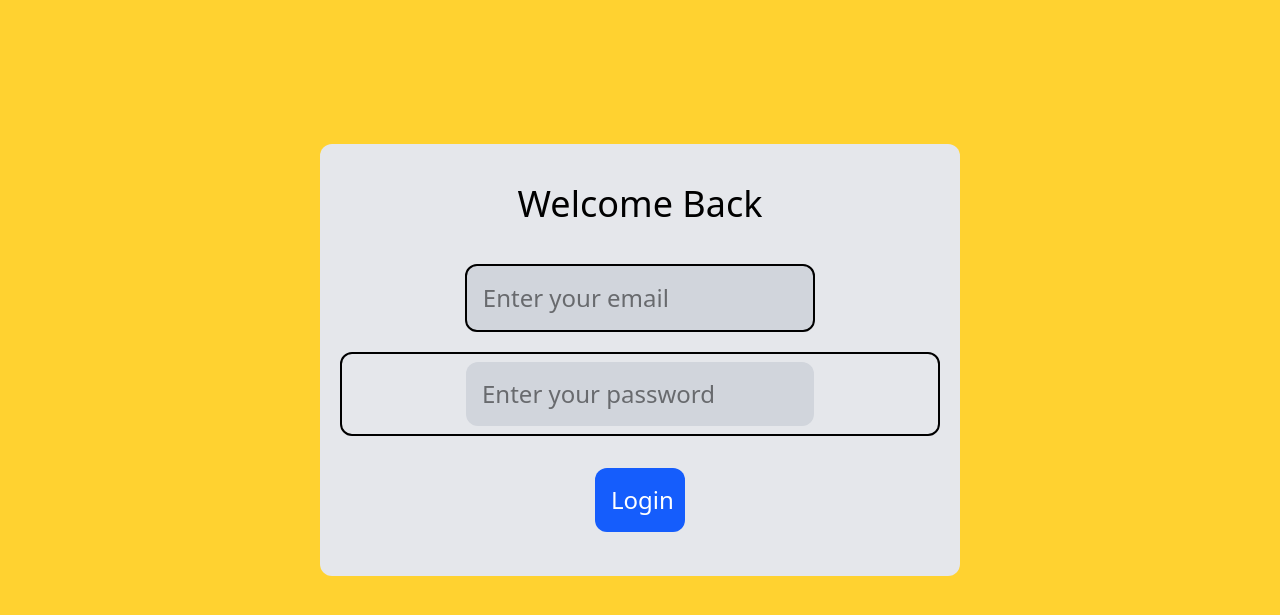
Repository: Habeebur1493/React-App
Page: /
An editor plug-in stored every save of this project. The page is shown before and after the next save, followed by the edit.
The browser window is 1280 px wide. The pictures show the whole page.
The page's requests for data from a server got no answer. The project was rebuilt for these pictures with package versions that can differ from the ones it lists, and the page was loaded fresh each time. No one was signed in, and anything a server would have sent is missing. Also part of the build but not shown: vite.config.js, src/Components/Nav.jsx, src/Components/Loading.jsx, src/Components/Home.jsx, src/Components/Details.jsx, src/Components/Addproducts.jsx, src/Components/ShowProducts.jsx.

Above is the page before, as saved 2025-02-05 15:41:36.

### index.html
<!doctype html>
<html lang="en">
  <head>
    <meta charset="UTF-8" />
    <meta name="viewport" content="width=device-width, initial-scale=1.0" />
    <title>Project</title>
  </head>
  <body>
    <div id="root"></div>
    <script type="module" src="/src/main.jsx"></script>
  </body>
</html>

### src/main.jsx
import React, { StrictMode } from "react";
import { createRoot } from "react-dom/client";
import App from "./App.jsx";
import { BrowserRouter } from "react-router-dom";
import Context from "./Components/utils/Context.jsx";
import { ToastContainer } from "react-toastify";

createRoot(document.getElementById("root")).render(
 <StrictMode>
   <Context>
    <BrowserRouter>
      <App />
      <ToastContainer />
    </BrowserRouter>
    </Context>
 </StrictMode>

);

### src/App.jsx
import React, { useState } from "react";
import "./App.css";
import { Route, Routes } from "react-router-dom";
import Login from "./Components/Login.jsx";
import Home from "./Components/Home.jsx";
import Details from "./Components/Details.jsx";
import Addproducts from "./Components/Addproducts.jsx";
import ShowProducts from "./Components/ShowProducts.jsx";

const App = () => {
  const [selectedProduct, setSelectedProduct] = useState(null);

  return (
    <div className='h-screen w-screen flex'>
      <Routes>
        <Route path='/' element={<Login />} />
        <Route path='/Home' element={<Home />} />
        <Route path='/add-products' element={<Addproducts />} />
        <Route path='/details/:id' element={<Details />} />
        <Route path='/show-products'element={<ShowProducts
              setSelectedProduct={setSelectedProduct}
              selectedProduct={selectedProduct}
            />
          }
        />
      </Routes>
    </div>
  );
};

export default App;

### src/Components/utils/Context.jsx
import React, { createContext, useEffect, useState } from "react";
import axios from "axios";

export const ProductContext = createContext();

const Context = ({children}) => {
  const [products, setproducts] = useState([]);

  const getproducts = async () => {
    try {
      const { data } = await axios.get("https://fakestoreapi.com/products");
      setproducts(data);
    } catch (error) {
      console.log( "Error Fetching products"  ,error);
    }
  };

  useEffect(() => {
    getproducts();
  }, []);

  return (
    <ProductContext.Provider value={{products, setproducts}}>
      {children}
    </ProductContext.Provider>
  );
};

export default Context;

### src/Components/Login.jsx
import React, { useEffect, useState } from "react";
import { useNavigate } from "react-router-dom";

const Login = () => {
  const [email, setEmail] = useState("");
  const [password, setPassword] = useState("");

  const navigate = useNavigate();

  useEffect(() => {
    const auth = localStorage.getItem("user");
    if (auth) {
      navigate("/");
    }
  }, [navigate]);

  const login = async () => {
    let result = await fetch("https://reqres.in/api/login", {
      method: "post",
      body: JSON.stringify({ email, password }),
      headers: {
        "Content-Type": "application/json",
        Accept: "application/json",
      },
    });
    result = await result.json();
    console.log(result);

    if (result.token) {
      localStorage.setItem("user", JSON.stringify(email));
      localStorage.setItem("token", JSON.stringify(result.token));
      navigate("/Home");
      } else{
        alert("Please enter correct details")
      }
  }

  return (
      <div className="w-full h-screen flex justify-center items-center bg-amber-300 ">
        <div className="w-[50%] h-[60%] p-5 bg-gray-200 flex-col flex items-center gap-3 rounded-xl">
          <h1 className="text-4xl font semibold mt-5 mb-5">Welcome Back</h1>

          <div className="w-full flex justify-center items-center flex-col gap-3">
            <div className="w-full flex justify-center items-center p-2 rounded-xl gap-2">
              <input
                onChange={(e) => setEmail(e.target.value)}
                type="email"
                placeholder="Enter your email"
                className="bg-gray-300 w-[60%] border-2 p-4 rounded-xl text-2xl"
              />
            </div>
            <div className="w-full flex justify-center border-2 items-center bg- gray-800 p-2 rounded-xl gap-2">
              <input
                onChange={(e) => setPassword(e.target.value)}
                type="password"
                placeholder="Enter your password"
                className="bg-gray-300 w-[60%]  p-4 rounded-xl text-2xl"
              />
            </div>
            <button
              onClick={login}
              className="w-[15%] p-4 bg-blue-600 text-white text-2xl rounded-xl mt-5 cursor-pointer"
            >
              Login
            </button>
          </div>
        </div>
      </div>
  );
};

export default Login;

Loaded but not shown: src/App.css (common file)

After the next save:
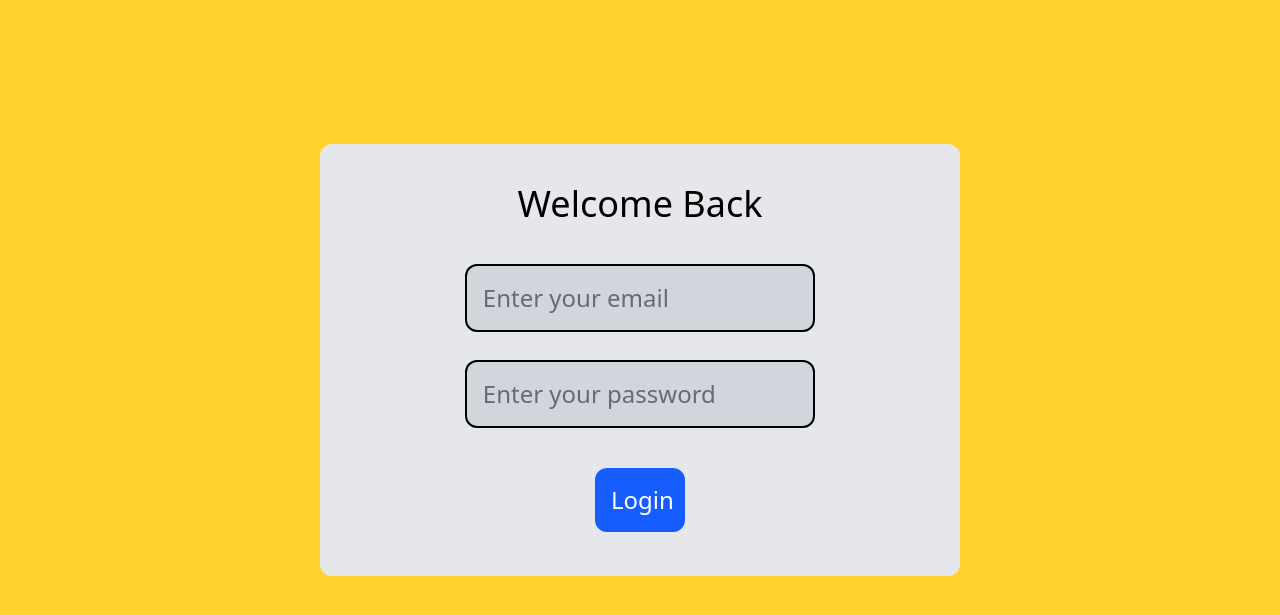
Saved 19 s later.
--- a/src/Components/Login.jsx
+++ b/src/Components/Login.jsx
@@ -49,12 +49,12 @@ const Login = () => {
                 className="bg-gray-300 w-[60%] border-2 p-4 rounded-xl text-2xl"
               />
             </div>
-            <div className="w-full flex justify-center border-2 items-center bg- gray-800 p-2 rounded-xl gap-2">
+            <div className="w-full flex justify-center  items-center bg- gray-800 p-2 rounded-xl gap-2">
               <input
                 onChange={(e) => setPassword(e.target.value)}
                 type="password"
                 placeholder="Enter your password"
-                className="bg-gray-300 w-[60%]  p-4 rounded-xl text-2xl"
+                className="bg-gray-300 w-[60%] border-2 p-4 rounded-xl text-2xl"
               />
             </div>
             <button
